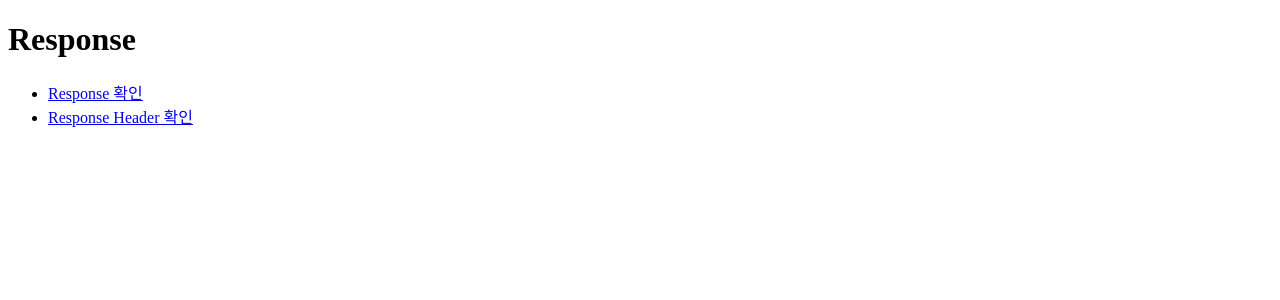
Repository: yeeeeeeer/05_servlet
Page: http://localhost/chap05-response/
These files come from the project's save history. The page is drawn as it stood at one moment and after a run of saves; the edit follows.
The browser window is 1280 px wide. The pictures show the whole page.
The page is served by Tomcat 10.

Above is the page before, as saved 2024-06-05 05:40:21.

After the next 2 saves:
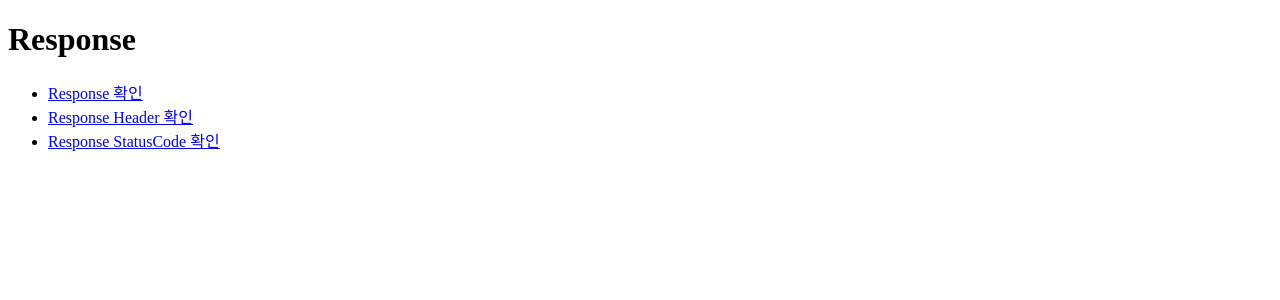
The 2 saves are shown as one change because they came seconds apart.
The last was saved 2 min 49 s later.
--- a/chap05-response/src/main/webapp/index.jsp
+++ b/chap05-response/src/main/webapp/index.jsp
@@ -12,7 +12,7 @@
 	<ul>
 		<li><a href="response">Response 확인</a></li>
 		<li><a href="headers">Response Header 확인</a></li>
-
+		<li><a href="status">Response StatusCode 확인</a></li>
 	</ul>
 </body>
 </html>
